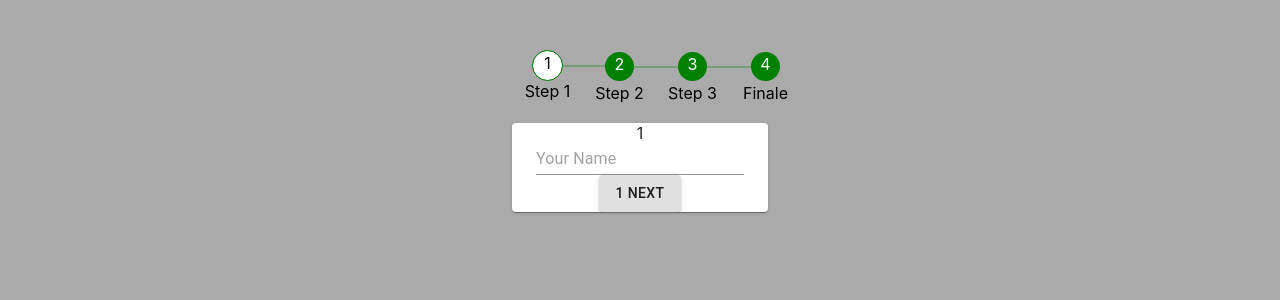
Repository: SD-Mdouka/project_step
Page: /
An editor plug-in stored every save of this project. The page is shown before and after a run of saves, followed by the edit.
The browser window is 1280 px wide. The pictures show the whole page.
The project was rebuilt for these pictures with package versions that can differ from the ones it lists, and the page was loaded fresh each time.

Above is the page before, as saved 2022-09-05 16:09:29.

After the next 2 saves:
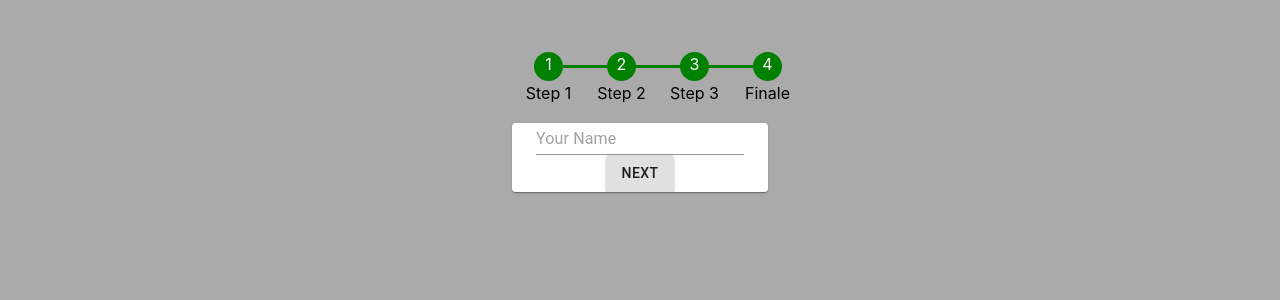
The 2 saves are shown as one change because 1 did not build or start.
The last was saved 49 s later.
--- a/src/App.js
+++ b/src/App.js
@@ -4,8 +4,9 @@
 import * as Yup from "yup";
 import "./App.css";
 
-function App({ currentSteps }) {
+function App({ currentSteps, setCurrentSteps }) {
   const state = currentSteps;
+  const update = setCurrentSteps();
   return (
     <div className="App">
       <Card>

After the 5 saves that followed:
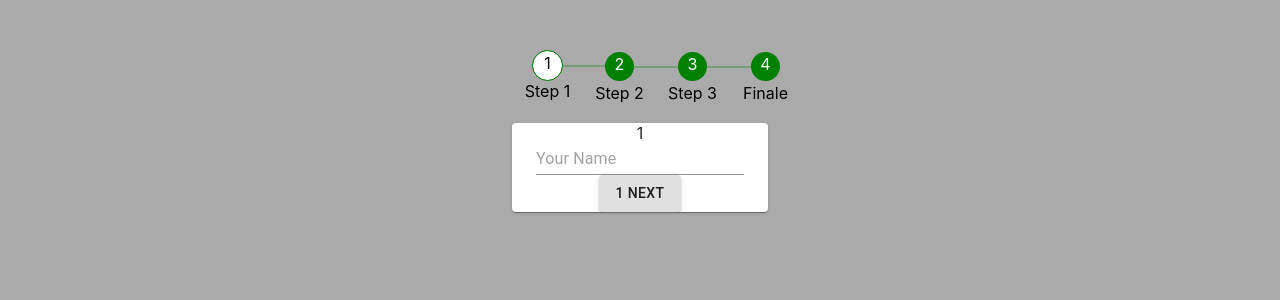
The 5 saves are shown as one change because 2 did not build or start and 2 left the picture as it was.
The last was saved 5 min 27 s later.
--- a/src/App.js
+++ b/src/App.js
@@ -6,7 +6,7 @@
 
 function App({ currentSteps, setCurrentSteps }) {
   const state = currentSteps;
-  const update = setCurrentSteps();
+  // const update = setCurrentSteps();
   return (
     <div className="App">
       <Card>
@@ -44,6 +44,7 @@
                   errors={errors}
                   touched={touched}
                   state={state}
+                  // setSate={update}
                 >
                   <Field
                     type="text"
